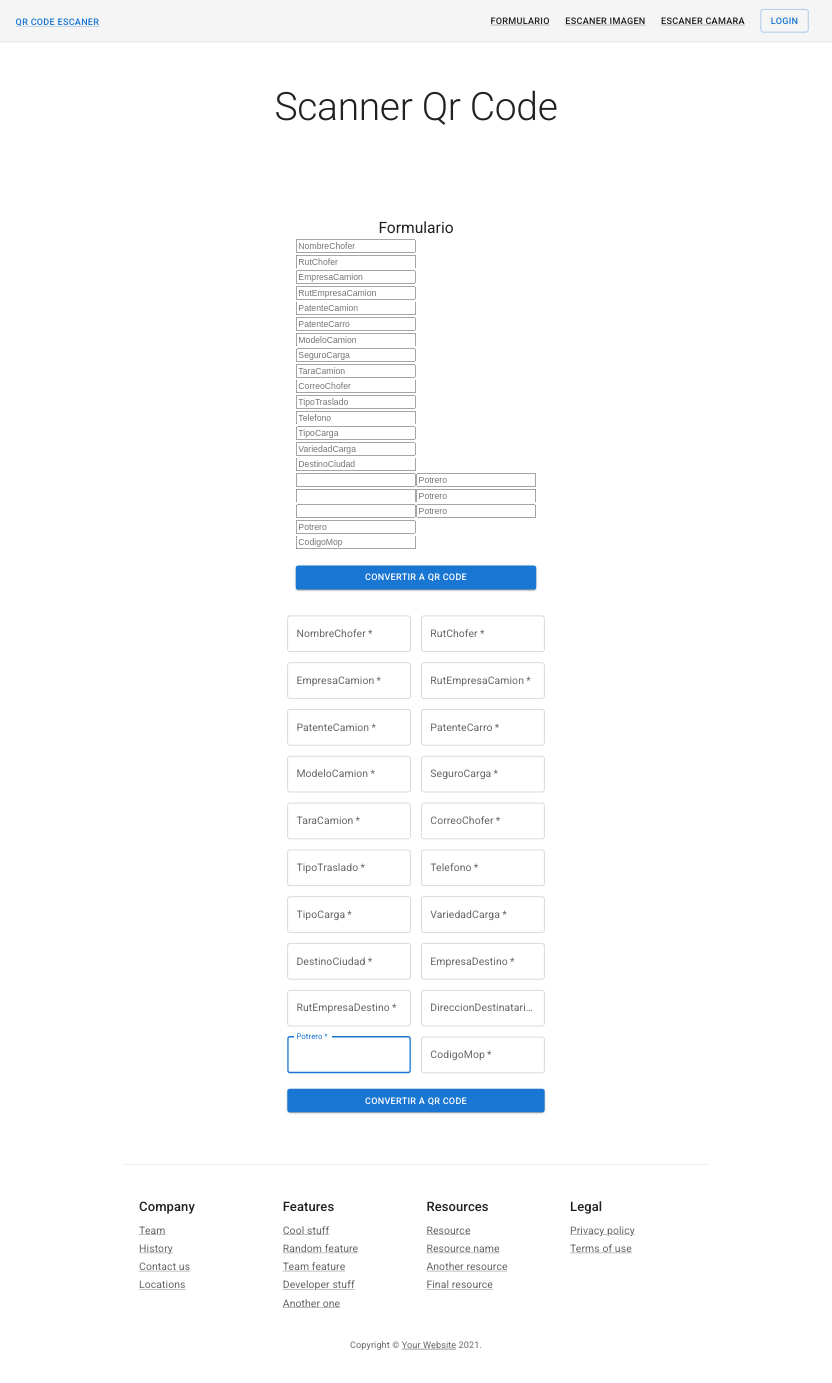
Repository: FlamesAlejandro/QrCodeForm
Page: /form
An editor plug-in stored every save of this project. The page is shown before and after a run of saves, followed by the edit.
The browser window is 1280 px wide. The pictures show the whole page, at 65% of full size.
The project was rebuilt for these pictures with package versions that can differ from the ones it lists, and the page was loaded fresh each time. Also part of the build but not shown: src/App.css, src/components/pages/ImagenEscaner.js, src/components/pages/CamaraEscaner.js, src/components/pages/Home.js.

Above is the page before, as saved 2021-10-24 07:53:35.

### src/App.js
import './App.css';
import { AppRouter } from './routers/AppRouter';

function App() {
  return (
    <>
      <AppRouter />
    </>
  );
}

export default App;

### src/routers/AppRouter.js
import React from 'react'
import { Switch, Route, Redirect, BrowserRouter as Router } from 'react-router-dom'
import CssBaseline from '@mui/material/CssBaseline';
import Typography from '@mui/material/Typography';
import GlobalStyles from '@mui/material/GlobalStyles';
import Container from '@mui/material/Container';
import { MainNavbar } from '../components/ui/MainNavbar';
import { MainFooter } from '../components/ui/MainFooter';
import { Form } from '../components/pages/Form';
import { ImagenEscaner } from '../components/pages/ImagenEscaner';
import { CamaraEscaner } from '../components/pages/CamaraEscaner';
import { Home } from '../components/pages/Home';

export const AppRouter = () => {
    return (
        <>
        <Router>
            <GlobalStyles styles={{ ul: { margin: 0, padding: 0, listStyle: 'none' } }} />
                <CssBaseline />

                <MainNavbar />

                {/* Hero unit */}
                <Container disableGutters maxWidth="sm" component="main" sx={{ pt: 8, pb: 6 }}>
                    <Typography
                    component="h1"
                    variant="h2"
                    align="center"
                    color="text.primary"
                    gutterBottom
                    >
                    Scanner Qr Code
                    </Typography>

                </Container>

                {/* Contenido */}
                <Container maxWidth="md" component="main">

                    <Switch>
                        <Route exact path="/form" component={ Form } />
                        <Route exact path="/imagen" component={ ImagenEscaner } />
                        <Route exact path="/camara" component={ CamaraEscaner } />
                        <Route exact path="/home" component={ Home } />
                        <Redirect to="/home" />
                    </Switch>

                </Container>

                {/* Footer */}
                <Container
                    maxWidth="md"
                    component="footer"
                    sx={{
                    borderTop: (theme) => `1px solid ${theme.palette.divider}`,
                    mt: 8,
                    py: [3, 6],
                    }}
                >
                    <MainFooter />

                </Container>
                {/* End footer */}
            </Router>
        </>
    )
}

### src/components/ui/MainNavbar.js
import React from 'react'
import AppBar from '@mui/material/AppBar';
import Button from '@mui/material/Button';
import Toolbar from '@mui/material/Toolbar';
import Typography from '@mui/material/Typography';
import Link from '@mui/material/Link';

export const MainNavbar = () => {
    return (
        <>
            <AppBar
                position="static"
                color="default"
                elevation={0}
                sx={{ borderBottom: (theme) => `1px solid ${theme.palette.divider}` }}
            >
                <Toolbar sx={{ flexWrap: 'wrap' }}>
                <Typography variant="h6" color="inherit" noWrap sx={{ flexGrow: 1 }}>
                    <Link
                            variant="button"
                            href="/home"
                        >QR CODE Escaner
                    </Link>
                </Typography>
                <nav>
                    <Link
                        variant="button"
                        color="text.primary"
                        href="/form"
                        sx={{ my: 1, mx: 1.5 }}
                    >
                    Formulario
                    </Link>
                    <Link
                        variant="button"
                        color="text.primary"
                        href="/imagen"
                        sx={{ my: 1, mx: 1.5 }}
                    >
                    Escaner Imagen
                    </Link>
                    <Link
                        variant="button"
                        color="text.primary"
                        href="/camara"
                        sx={{ my: 1, mx: 1.5 }}
                    >
                    Escaner Camara
                    </Link>
                </nav>
                <Button href="/home" variant="outlined" sx={{ my: 1, mx: 1.5 }}>
                    Login
                </Button>
                </Toolbar>
            </AppBar>
        </>
    )
}

### src/components/ui/MainFooter.js
import React from 'react'
import Grid from '@mui/material/Grid';
import Typography from '@mui/material/Typography';
import Link from '@mui/material/Link';

function Copyright(props) {
    return (
      <Typography variant="body2" color="text.secondary" align="center" {...props}>
        {'Copyright © '}
        <Link color="inherit" href="https://mui.com/">
          Your Website
        </Link>{' '}
        {new Date().getFullYear()}
        {'.'}
      </Typography>
    );
  }

  const footers = [
    {
      title: 'Company',
      description: ['Team', 'History', 'Contact us', 'Locations'],
    },
    {
      title: 'Features',
      description: [
        'Cool stuff',
        'Random feature',
        'Team feature',
        'Developer stuff',
        'Another one',
      ],
    },
    {
      title: 'Resources',
      description: ['Resource', 'Resource name', 'Another resource', 'Final resource'],
    },
    {
      title: 'Legal',
      description: ['Privacy policy', 'Terms of use'],
    },
  ];

export const MainFooter = () => {

    return (
        <>
            <Grid container spacing={4} justifyContent="space-evenly">
                {footers.map((footer) => (
                    <Grid item xs={6} sm={3} key={footer.title}>
                    <Typography variant="h6" color="text.primary" gutterBottom>
                        {footer.title}
                    </Typography>
                    <ul>
                        {footer.description.map((item) => (
                        <li key={item}>
                            <Link href="#" variant="subtitle1" color="text.secondary">
                            {item}
                            </Link>
                        </li>
                        ))}
                    </ul>
                    </Grid>
                ))}
            </Grid>
            <Copyright sx={{ mt: 5 }} />
        </>
    )
}

### src/components/pages/Form.js
import React, { useState } from 'react'
import Button from '@mui/material/Button';
import CssBaseline from '@mui/material/CssBaseline';
import TextField from '@mui/material/TextField';
import Grid from '@mui/material/Grid';
import Box from '@mui/material/Box';
import Typography from '@mui/material/Typography';
import Container from '@mui/material/Container';
import QRCode from 'qrcode';
import { useForm } from "react-hook-form";

export const Form = () => {

    const [imgUrl, setImgUrl] = useState('');

    const { register, handleSubmit, formState: { errors } } = useForm();
    const onSubmit = data => console.log(data);
    console.log(errors);

    const generarQrCode = async(event) => {
        try {
            event.preventDefault();
            const data = new FormData(event.currentTarget);
            const response = await QRCode.toDataURL(data);
            setImgUrl(response);

        } catch (error) {
          console.log(error);
        }
    }

    return (
        <>
            <Container component="main" maxWidth="xs">
                <CssBaseline />
                <Box
                sx={{
                    marginTop: 8,
                    display: 'flex',
                    flexDirection: 'column',
                    alignItems: 'center',
                }}
                >
                <Typography component="h1" variant="h5">
                    Formulario
                </Typography>

                <form onSubmit={handleSubmit(onSubmit)}>
                <Grid item xs={12} sm={6}>
                        <input type="text" placeholder="NombreChofer" {...register("NombreChofer", {})} />
                    </Grid>
                    <Grid item xs={12} sm={6}>
                        <input type="text" placeholder="RutChofer" {...register("RutChofer", {})} />
                    </Grid>
                    <Grid item xs={12} sm={6}>
                        <input type="text" placeholder="EmpresaCamion" {...register("EmpresaCamion", {})} />
                    </Grid>
                    <Grid item xs={12} sm={6}>
                        <input type="text" placeholder="RutEmpresaCamion" {...register("RutEmpresaCamion", {})} />
                    </Grid>
                    <Grid item xs={12} sm={6}>
                        <input type="text" placeholder="PatenteCamion" {...register("PatenteCamion", {})} />
                    </Grid>
                    <Grid item xs={12} sm={6}>
                        <input type="text" placeholder="PatenteCarro" {...register("PatenteCarro", {})} />
                    </Grid>
                    <Grid item xs={12} sm={6}>
                        <input type="text" placeholder="ModeloCamion" {...register("ModeloCamion", {})} />
                    </Grid>
                    <Grid item xs={12} sm={6}>
                        <input type="text" placeholder="SeguroCarga" {...register("SeguroCarga", {})} />
                    </Grid>
                    <Grid item xs={12} sm={6}>
                        <input type="text" placeholder="TaraCamion" {...register("TaraCamion", {})} />
                    </Grid>
                    <Grid item xs={12} sm={6}>
                        <input type="text" placeholder="CorreoChofer" {...register("CorreoChofer", {})} />
                    </Grid>
                    <Grid item xs={12} sm={6}>
                        <input type="text" placeholder="TipoTraslado" {...register("TipoTraslado", {})} />
                    </Grid>
                    <Grid item xs={12} sm={6}>
                        <input type="text" placeholder="Telefono" {...register("Telefono", {})} />
                    </Grid>
                    <Grid item xs={12} sm={6}>
                        <input type="text" placeholder="TipoCarga" {...register("TipoCarga", {})} />
                    </Grid>
                    <Grid item xs={12} sm={6}>
                        <input type="text" placeholder="VariedadCarga" {...register("VariedadCarga", {})} />
                    </Grid>
                    <Grid item xs={12} sm={6}>
                        <input type="text" placeholder="DestinoCiudad" {...register("DestinoCiudad", {})} />
                    </Grid>
                    <Grid item xs={12} sm={6}>
                        <input
                        required
                        fullWidth
                        id="EmpresaDestino"
                        label="EmpresaDestino"
                        name="EmpresaDestino"
                        autoComplete="EmpresaDestino"
                        />
                        <input type="text" placeholder="Potrero" {...register("Potrero", {})} />
                    </Grid>
                    <Grid item xs={12} sm={6}>
                        <input
                        autoComplete="RutEmpresaDestino"
                        name="RutEmpresaDestino"
                        required
                        fullWidth
                        id="RutEmpresaDestino"
                        label="RutEmpresaDestino"
                        autoFocus
                        />
                        <input type="text" placeholder="Potrero" {...register("Potrero", {})} />
                    </Grid>
                    <Grid item xs={12} sm={6}>
                        <input
                        required
                        fullWidth
                        id="DireccionDestinatario"
                        label="DireccionDestinatario"
                        name="DireccionDestinatario"
                        autoComplete="DireccionDestinatario"
                        />
                        <input type="text" placeholder="Potrero" {...register("Potrero", {})} />
                    </Grid>
                    <Grid item xs={12} sm={6}>
                        <input type="text" placeholder="Potrero" {...register("Potrero", {})} />
                    </Grid>
                    <Grid item xs={12} sm={6}>
                        <input type="text" placeholder="CodigoMop" {...register("CodigoMop", {})} />
                    </Grid>
                    <Button
                        type="submit"
                        fullWidth
                        variant="contained"
                        sx={{ mt: 3, mb: 2 }}
                    >
                    Convertir a QR CODE
                    </Button>
                </form>

                <Box component="form" noValidate onSubmit={generarQrCode} sx={{ mt: 3 }}>
                    <Grid container spacing={2}>
                    <Grid item xs={12} sm={6}>
                        <TextField
                        autoComplete="NombreChofer"
                        name="NombreChofer"
                        required
                        fullWidth
                        id="NombreChofer"
                        label="NombreChofer"
                        autoFocus
                        />
                    </Grid>
                    <Grid item xs={12} sm={6}>
                        <TextField
                        required
                        fullWidth
                        id="RutChofer"
                        label="RutChofer"
                        name="RutChofer"
                        autoComplete="RutChofer"
                        />
                    </Grid>
                    <Grid item xs={12} sm={6}>
                        <TextField
                        autoComplete="EmpresaCamion"
                        name="EmpresaCamion"
                        required
                        fullWidth
                        id="EmpresaCamion"
                        label="EmpresaCamion"
                        autoFocus
                        />
                    </Grid>
                    <Grid item xs={12} sm={6}>
                        <TextField
                        required
                        fullWidth
                        id="RutEmpresaCamion"
                        label="RutEmpresaCamion"
                        name="RutEmpresaCamion"
                        autoComplete="RutEmpresaCamion"
                        />
                    </Grid>
                    <Grid item xs={12} sm={6}>
                        <TextField
                        autoComplete="PatenteCamion"
                        name="PatenteCamion"
                        required
                        fullWidth
                        id="PatenteCamion"
                        label="PatenteCamion"
                        autoFocus
                        />
                    </Grid>
                    <Grid item xs={12} sm={6}>
                        <TextField
                        required
                        fullWidth
                        id="PatenteCarro"
                        label="PatenteCarro"
                        name="PatenteCarro"
                        autoComplete="PatenteCarro"
                        />
                    </Grid>
                    <Grid item xs={12} sm={6}>
                        <TextField
                        autoComplete="ModeloCamion"
                        name="ModeloCamion"
                        required
                        fullWidth
                        id="ModeloCamion"
                        label="ModeloCamion"
                        autoFocus
                        />
                    </Grid>
                    <Grid item xs={12} sm={6}>
                        <TextField
                        required
                        fullWidth
                        id="SeguroCarga"
                        label="SeguroCarga"
                        name="SeguroCarga"
                        autoComplete="SeguroCarga"
                        />
                    </Grid>
                    <Grid item xs={12} sm={6}>
                        <TextField
                        autoComplete="TaraCamion"
                        name="TaraCamion"
                        required
                        fullWidth
                        id="TaraCamion"
                        label="TaraCamion"
                        autoFocus
                        />
                    </Grid>
                    <Grid item xs={12} sm={6}>
                        <TextField
                        required
                        fullWidth
                        id="CorreoChofer"
                        label="CorreoChofer"
                        name="CorreoChofer"
                        autoComplete="CorreoChofer"
                        />
                    </Grid>
                    <Grid item xs={12} sm={6}>
                        <TextField
                        autoComplete="TipoTraslado"
                        name="TipoTraslado"
                        required
                        fullWidth
                        id="TipoTraslado"
                        label="TipoTraslado"
                        autoFocus
                        />
                    </Grid>
                    <Grid item xs={12} sm={6}>
                        <TextField
                        required
                        fullWidth
                        id="Telefono"
                        label="Telefono"
                        name="Telefono"
                        autoComplete="Telefono"
                        />
                    </Grid>
                    <Grid item xs={12} sm={6}>
                        <TextField
                        autoComplete="TipoCarga"
                        name="TipoCarga"
                        required
                        fullWidth
                        id="TipoCarga"
                        label="TipoCarga"
                        autoFocus
                        />
                    </Grid>
                    <Grid item xs={12} sm={6}>
                        <TextField
                        required
                        fullWidth
                        id="VariedadCarga"
                        label="VariedadCarga"
                        name="VariedadCarga"
                        autoComplete="VariedadCarga"
                        />
                    </Grid>
                    <Grid item xs={12} sm={6}>
                        <TextField
                        autoComplete="DestinoCiudad"
                        name="DestinoCiudad"
                        required
                        fullWidth
                        id="DestinoCiudad"
                        label="DestinoCiudad"
                        autoFocus
                        />
                    </Grid>
                    <Grid item xs={12} sm={6}>
                        <TextField
                        required
                        fullWidth
                        id="EmpresaDestino"
                        label="EmpresaDestino"
                        name="EmpresaDestino"
                        autoComplete="EmpresaDestino"
                        />
                    </Grid>
                    <Grid item xs={12} sm={6}>
                        <TextField
                        autoComplete="RutEmpresaDestino"
                        name="RutEmpresaDestino"
                        required
                        fullWidth
                        id="RutEmpresaDestino"
                        label="RutEmpresaDestino"
                        autoFocus
                        />
                    </Grid>
                    <Grid item xs={12} sm={6}>
                        <TextField
                        required
                        fullWidth
                        id="DireccionDestinatario"
                        label="DireccionDestinatario"
                        name="DireccionDestinatario"
                        autoComplete="DireccionDestinatario"
                        />
                    </Grid>
                    <Grid item xs={12} sm={6}>
                        <TextField
                        autoComplete="Potrero"
                        name="Potrero"
                        required
                        fullWidth
                        id="Potrero"
                        label="Potrero"
                        autoFocus
                        />
                    </Grid>
                    <Grid item xs={12} sm={6}>
                        <TextField
                        required
                        fullWidth
                        id="CodigoMop"
                        label="CodigoMop"
                        name="CodigoMop"
                        autoComplete="CodigoMop"
                        />
                    </Grid>
                    </Grid>
                    <Button
                        type="submit"
                        fullWidth
                        variant="contained"
                        sx={{ mt: 3, mb: 2 }}
                    >
                    Convertir a QR CODE
                    </Button>
                </Box>
                </Box>
                {imgUrl ? (
                    <a href={imgUrl} download>
                        <img src={imgUrl} alt="img" />
                    </a>)
                : null}
            </Container>
        </>
    )
}

Loaded but not shown: public/index.html (common file); src/index.js (common file); src/index.css (common file); src/reportWebVitals.js (common file)

After the next 5 saves:
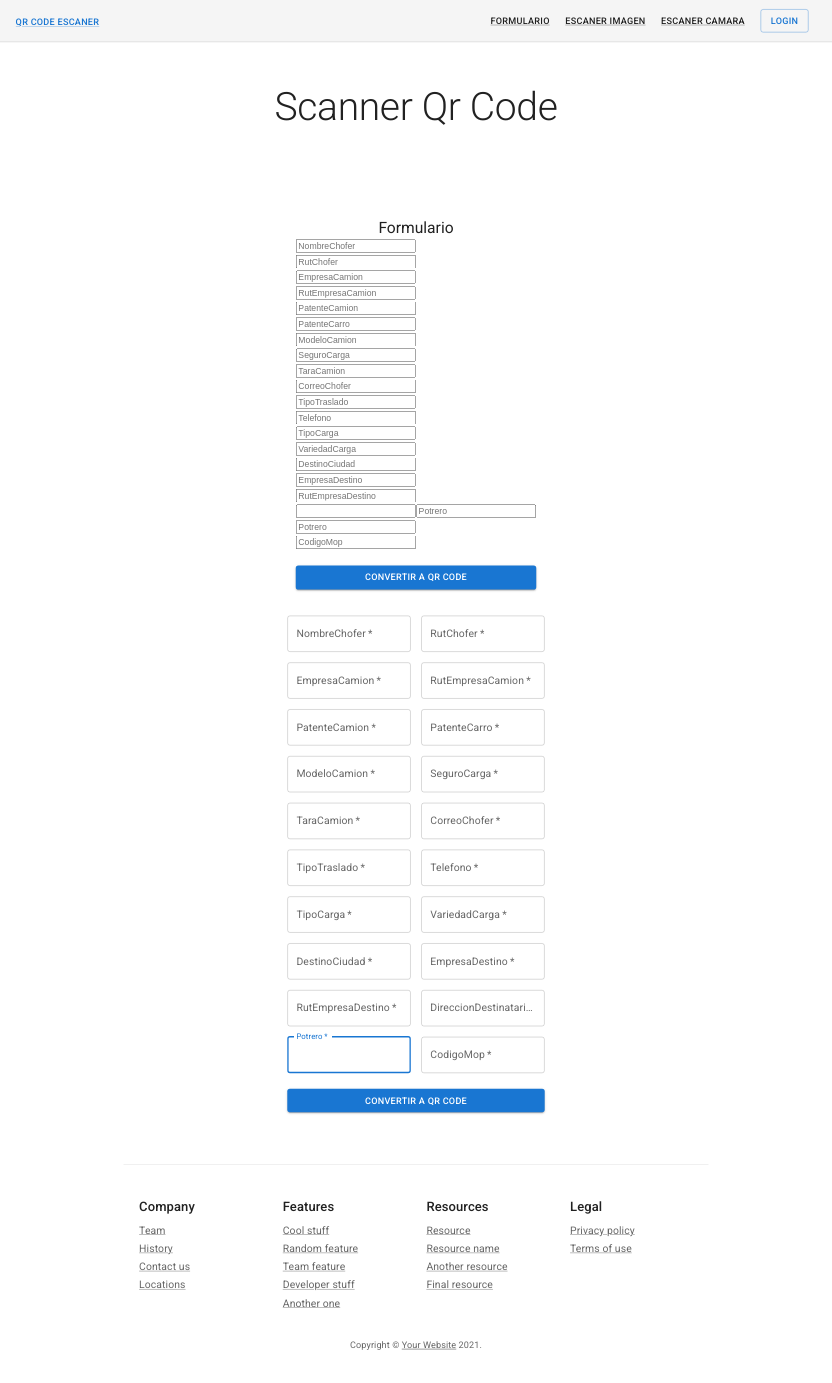
The 5 saves are shown as one change because they came seconds apart.
The last was saved 11 s later.
--- a/src/components/pages/Form.js
+++ b/src/components/pages/Form.js
@@ -92,27 +92,10 @@ export const Form = () => {
                         <input type="text" placeholder="DestinoCiudad" {...register("DestinoCiudad", {})} />
                     </Grid>
                     <Grid item xs={12} sm={6}>
-                        <input
-                        required
-                        fullWidth
-                        id="EmpresaDestino"
-                        label="EmpresaDestino"
-                        name="EmpresaDestino"
-                        autoComplete="EmpresaDestino"
-                        />
-                        <input type="text" placeholder="Potrero" {...register("Potrero", {})} />
-                    </Grid>
-                    <Grid item xs={12} sm={6}>
-                        <input
-                        autoComplete="RutEmpresaDestino"
-                        name="RutEmpresaDestino"
-                        required
-                        fullWidth
-                        id="RutEmpresaDestino"
-                        label="RutEmpresaDestino"
-                        autoFocus
-                        />
-                        <input type="text" placeholder="Potrero" {...register("Potrero", {})} />
+                        <input type="text" placeholder="EmpresaDestino" {...register("EmpresaDestino", {})} />
+                    </Grid>
+                    <Grid item xs={12} sm={6}>
+                        <input type="text" placeholder="RutEmpresaDestino" {...register("RutEmpresaDestino", {})} />
                     </Grid>
                     <Grid item xs={12} sm={6}>
                         <input
